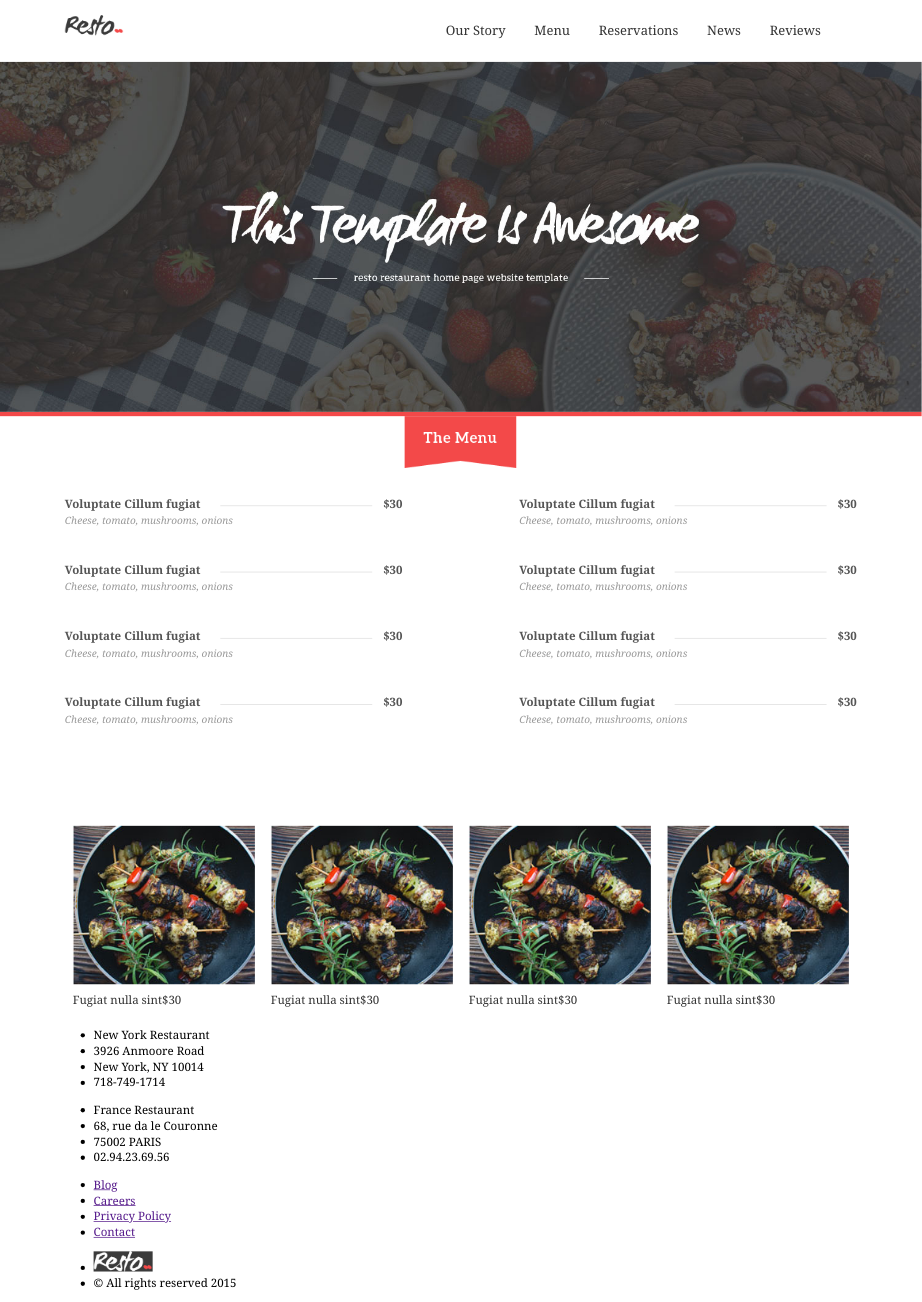
Repository: Piterwk1/psd-to-wordpress
Page: index.html
The author's editor kept a copy of each file at every save. The page is drawn from the files as they stood at one save, then again after the next save.
The browser window is 1280 px wide. The pictures show the whole page, at 72% of full size.

Above is the page before, as saved 2021-09-23 04:03:06.

### index.html
<html lang="en">

<head>
    <meta charset="UTF-8">
    <meta http-equiv="X-UA-Compatible" content="IE=edge">
    <meta name="viewport" content="width=device-width, initial-scale=1.0">
    <title>Resto</title>
    <link rel="stylesheet" href="style.css">
</head>

<body>

    <header>
        <div class="wrapper" id="headerWrapper">
            <h1 class="logo">Rest</h1>
            <nav>
                <h2>Main Navigation</h2>
                <ul>
                    <li><a href="">Our Story</a></li>
                    <li><a href="">Menu</a></li>
                    <li><a href="">Reservations</a></li>
                    <li><a href="">News</a></li>
                    <li><a href="">Reviews</a></li>
                </ul>
            </nav>
        </div>
    </header>

    <!-- start homepage content -->

    <div id="main-banner">
        <img src="images/banner.jpg" alt="Welcome to Resto">
    </div>

    <div class="wrapper">
        <section id="home-menu">
            <h2>Menu</h2>
            <ul>
                <li>
                    <span class="dish">Voluptate Cillum fugiat</span>
                    <span class="price">$30</span>
                    <span class="description">Cheese, tomato, mushrooms, onions</span>
                </li>
                <li>
                    <span class="dish">Voluptate Cillum fugiat</span>
                    <span class="price">$30</span>
                    <span class="description">Cheese, tomato, mushrooms, onions</span>
                </li>
                <li>
                    <span class="dish">Voluptate Cillum fugiat</span>
                    <span class="price">$30</span>
                    <span class="description">Cheese, tomato, mushrooms, onions</span>
                </li>
                <li>
                    <span class="dish">Voluptate Cillum fugiat</span>
                    <span class="price">$30</span>
                    <span class="description">Cheese, tomato, mushrooms, onions</span>
                </li>
                <li>
                    <span class="dish">Voluptate Cillum fugiat</span>
                    <span class="price">$30</span>
                    <span class="description">Cheese, tomato, mushrooms, onions</span>
                </li>
                <li>
                    <span class="dish">Voluptate Cillum fugiat</span>
                    <span class="price">$30</span>
                    <span class="description">Cheese, tomato, mushrooms, onions</span>
                </li>
                <li>
                    <span class="dish">Voluptate Cillum fugiat</span>
                    <span class="price">$30</span>
                    <span class="description">Cheese, tomato, mushrooms, onions</span>
                </li>
                <li>
                    <span class="dish">Voluptate Cillum fugiat</span>
                    <span class="price">$30</span>
                    <span class="description">Cheese, tomato, mushrooms, onions</span>
                </li>
            </ul>
        </section>

        <section id="featured">
            <ul>
                <li>
                    <img src="images/thumb-1.jpg">
                    <a href="">Fugiat nulla sint</a>
                    <span>$30</span>
                    <span class="rating"></span>
                </li>
                <li>
                    <img src="images/thumb-1.jpg">
                    <a href="">Fugiat nulla sint</a>
                    <span>$30</span>
                    <span class="rating"></span>
                </li>
                <li>
                    <img src="images/thumb-1.jpg">
                    <a href="">Fugiat nulla sint</a>
                    <span>$30</span>
                    <span class="rating"></span>
                </li>
                <li>
                    <img src="images/thumb-1.jpg">
                    <a href="">Fugiat nulla sint</a>
                    <span>$30</span>
                    <span class="rating"></span>
                </li>
            </ul>
        </section>
    </div>

    <!-- end homepage content -->

    <footer>
        <div class="wrapper">
            <ul>
                <li>New York Restaurant</li>
                <li>3926 Anmoore Road</li>
                <li>New York, NY 10014</li>
                <li>718-749-1714</li>
            </ul>
            <ul>
                <li>France Restaurant</li>
                <li>68, rue da le Couronne</li>
                <li>75002 PARIS</li>
                <li>02.94.23.69.56</li>
            </ul>
            <ul>
                <li><a href="">Blog</a></li>
                <li><a href="">Careers</a></li>
                <li><a href="">Privacy Policy</a></li>
                <li><a href="">Contact</a></li>
            </ul>
            <ul>
                <li><img src="images/white-logo.png" alt="logo"></li>
                <li>&copy; All rights reserved 2015</li>

            </ul>
        </div>
    </footer>
</body>

</html>

### style.css
body {
    font-family: Georgia, 'Times New Roman', Times, serif;
    margin: 0;
}

.wrapper {
    width: 100%;
    /* max-width: 960px; */
    max-width: 1100px;
    padding: 0 10px;
    margin:  0 auto;
}

h1.logo {
    background-image: url(images/logo.png);
    background-repeat: no-repeat;
    width: 100px;
    text-indent: -10000px;
}

#headerWrapper {
    display: flex;
    justify-content: space-between;
    width: 100%;
}

nav {

  margin-right: 10px;

}

#headerWrapper nav h2 {
    text-indent: -100000px;
    height: 0;
    margin: 0;
}

#headerWrapper nav ul {
   display: flex;
   justify-content: space-evenly;
   list-style-type:  none;
   margin: 10px 20px;
}
#headerWrapper nav li {

   margin: 20px 20px;
}
#headerWrapper nav li a{
   text-decoration: none;
   color: #333;
   font-size: 18px;
}
#headerWrapper nav li a:hover{
   color: blue;
}

#main-banner, #main-banner img{
    width: 100%;
}

#main-banner img {
    border-bottom: 6px solid #f34949;
}

#home-menu h2 {
    background-image: url(images/menu-head.png);
    background-repeat: no-repeat;
    width: 156px;
    height: 74px;
    text-indent: -10000px;
    margin: 0 auto;
}

#home-menu ul {
    display: flex;
    flex-wrap: wrap;
    justify-content: space-between;
   padding: 0;
   list-style: none;
}
#home-menu li {
    display: flex;
    flex-wrap: wrap;
   margin: 20px 0 20px 0;
   justify-content: space-between;
}

.dish{
    position: relative;
    z-index: 1;
    background: #fff;
    padding-right: 5px;
    width: 45%;
    color: #555;
    font-weight: bold;
}

.price {
    position: relative;
    z-index: 1;
    background: #fff;
    padding-left: 15px;
    color: #555;
    font-weight: bold;
}

.description {
    width: 100%;
    color: #999;
    font-style: italic;
    font-size: 14px;
    padding-top: 10px;
    border-top: 1px solid #ddd;
    position: relative;
    top: -8px;
}

#featured {
    margin-top: 100px;
}
#featured ul {
    display: flex;
    justify-content: space-evenly;
    padding: 0;
}

#featured li {
    display: flex;
    flex-wrap: wrap;
    list-style: none;
    margin: 1%;
}

#featured li img{
    width: 100%;
    margin-bottom: 10px;
}

#featured li a{
    color: #333;
    text-decoration: none;
}

#featured li span{
    color: #333;
    align-self: flex-end;
    /* margin: 0 auto 0 0; */
}

After the next save:
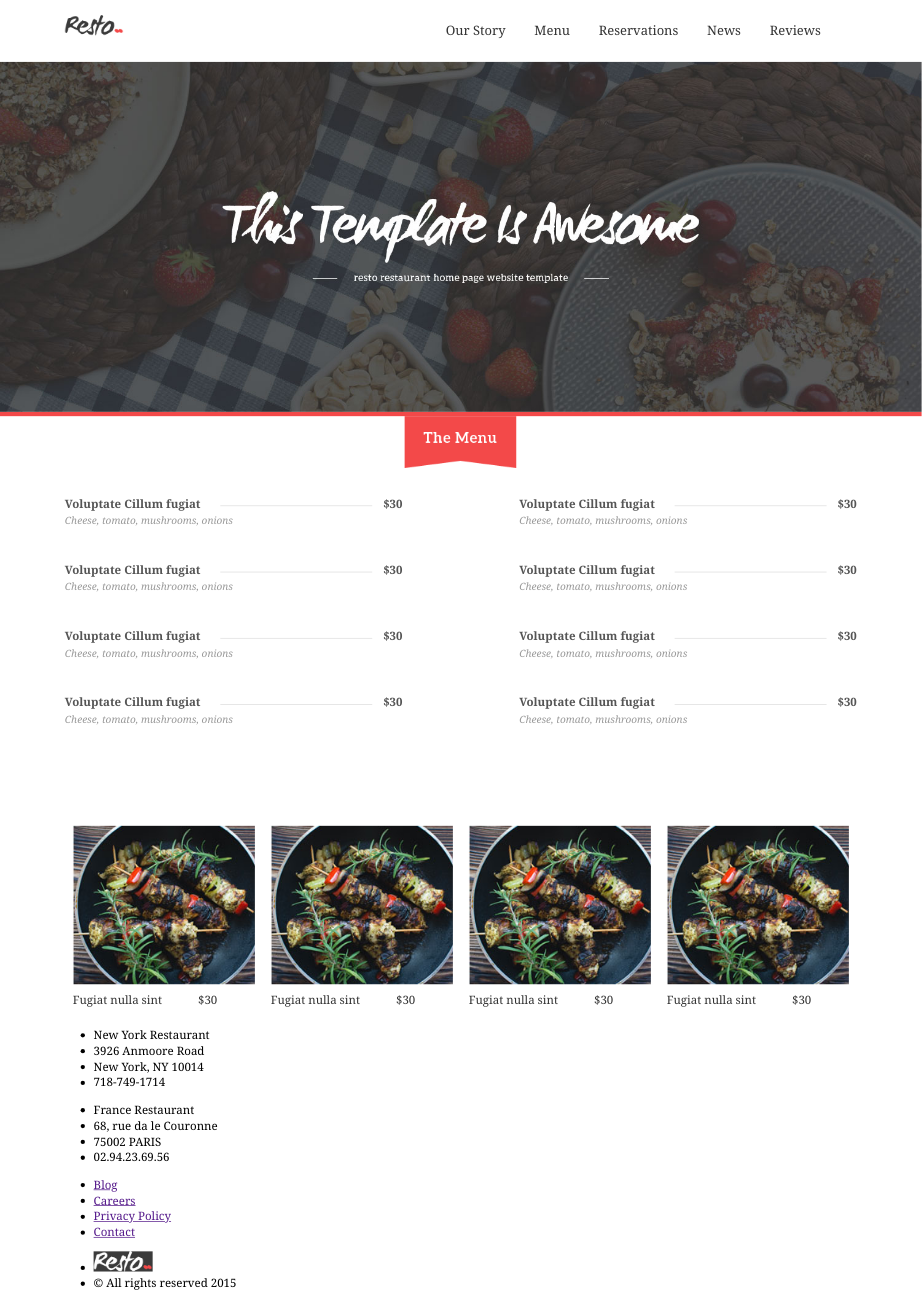
Saved 32 s later.
--- a/style.css
+++ b/style.css
@@ -144,6 +144,5 @@ nav {
 
 #featured li span{
     color: #333;
-    align-self: flex-end;
-    /* margin: 0 auto 0 0; */
+margin-left: 50px;
 }
